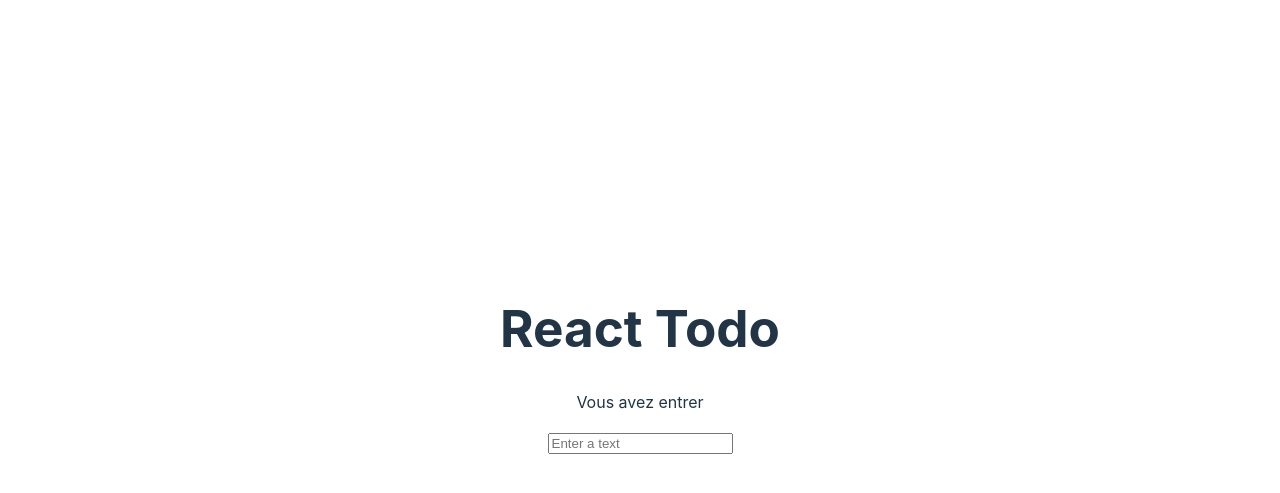
Repository: feyroozecode/React-Todo
Page: /
The author's editor kept a copy of each file at every save. The page is drawn from the files as they stood at one save, then again after a run of saves.
The browser window is 1280 px wide. The pictures show the whole page.
The project was rebuilt for these pictures with package versions that can differ from the ones it lists, and the page was loaded fresh each time. Also part of the build but not shown: vite.config.js, src/components/add_field.jsx.

Above is the page before, as saved 2023-09-21 10:25:38.

After the next 4 saves:
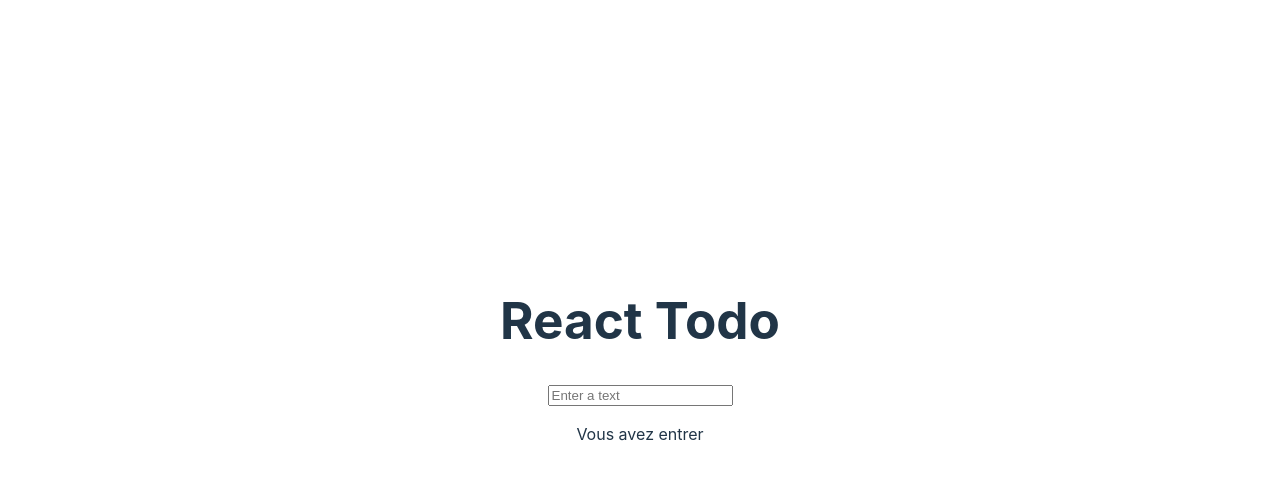
The 4 saves are shown as one change because they came seconds apart.
The last was saved 18 s later.
--- a/src/App.jsx
+++ b/src/App.jsx
@@ -19,16 +19,15 @@
       </div>
 
       <div>
-      <p>
-            Vous avez entrer <strong> { input } </strong>
-                </p>
         <input
             type="text"
             placeholder='Enter a text'
             value={input}
             onChange={handleInputChange}
             />
-
+         <p>
+           Vous avez entrer <strong> { input } </strong>
+          </p>
 
     </div>
 
